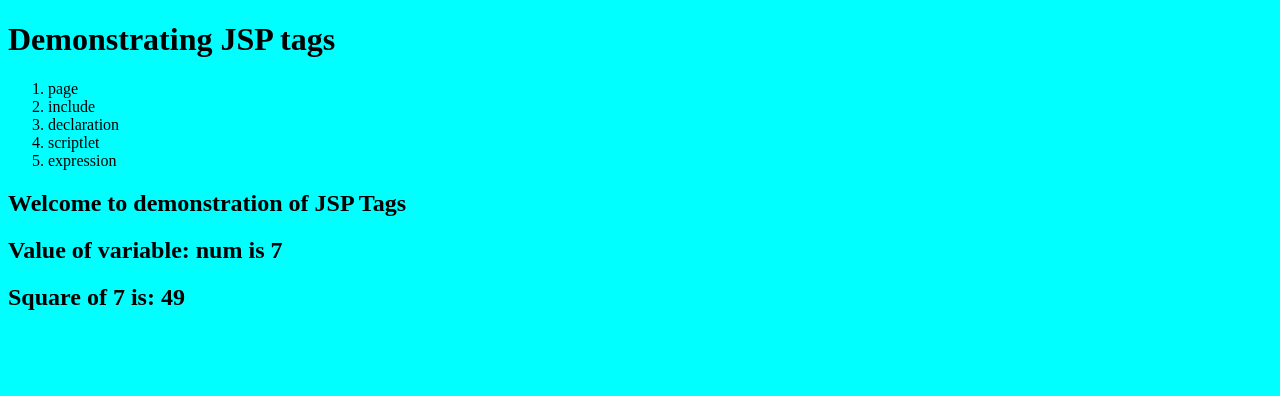
Repository: PallaviWalve/Advance-Java
Page: http://localhost/Web_Project/jsp_tags_demo.jsp
These files come from the project's save history. The page is drawn as it stood at one moment and after the next save; the edit follows.
The browser window is 1280 px wide. The pictures show the whole page.
The page is served by Tomcat 10. Other server files are loaded and not shown.

Above is the page before, as saved 2024-06-06 04:23:09.

### Web_Project/src/main/webapp/jsp_tags_demo.jsp
<%@ page language="java" contentType="text/html; charset=UTF-8"
    pageEncoding="UTF-8"%>
<!DOCTYPE html>
<html>
<body>
	<%--Include resource : index.html --%>
	<%@ include file="index.html" %>
	<h2>Welcome to demonstration of JSP Tags</h2>

	<%--Declaring some variable , defining some method --%>
	<%!
		int num = 7;
		public String sayGreeting(String name){
			return "Hello " + name.toUpperCase();
		}
	%>

	<%--Using the variable and method through expression --%>
	<h2>Value of variable: num is <%=num %></h2>
	<h2>Square of <%=num %> is:  <%=(num * num) %></h2>

</body>
</html>

### Web_Project/src/main/webapp/index.html
<!DOCTYPE html>
<html>
<body bgcolor="cyan">
	<h1>Demonstrating JSP tags</h1>
	<ol>
		<li>page</li>
		<li>include</li>
		<li>declaration</li>
		<li>scriptlet</li>
		<li>expression</li>
	</ol>
</body>
</html>

After the next save:
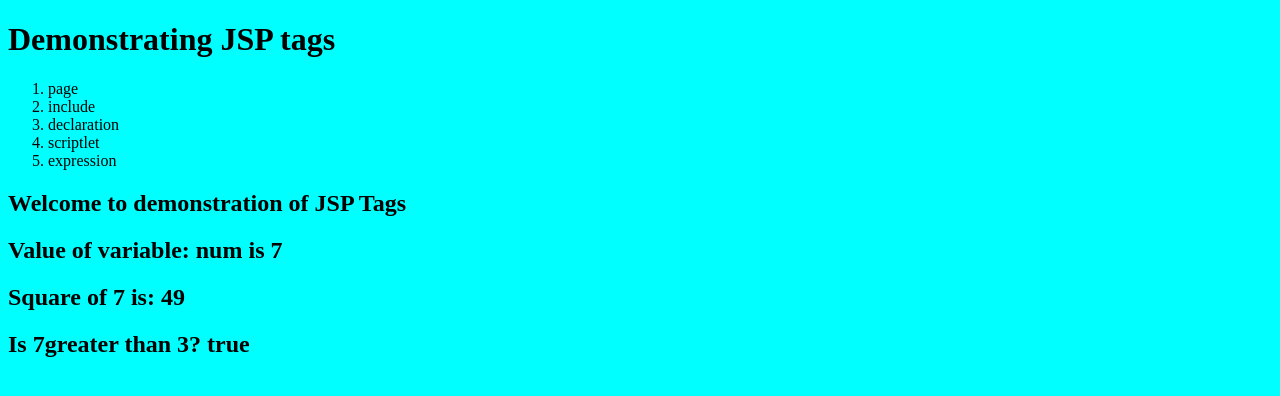
Saved 116 s later.
--- a/Web_Project/src/main/webapp/jsp_tags_demo.jsp
+++ b/Web_Project/src/main/webapp/jsp_tags_demo.jsp
@@ -18,6 +18,7 @@
 	<%--Using the variable and method through expression --%>
 	<h2>Value of variable: num is <%=num %></h2>
 	<h2>Square of <%=num %> is:  <%=(num * num) %></h2>
+	<h2>Is <%=num %>greater than 3? <%=(num > 3) %></h2>
 
 </body>
 </html>
